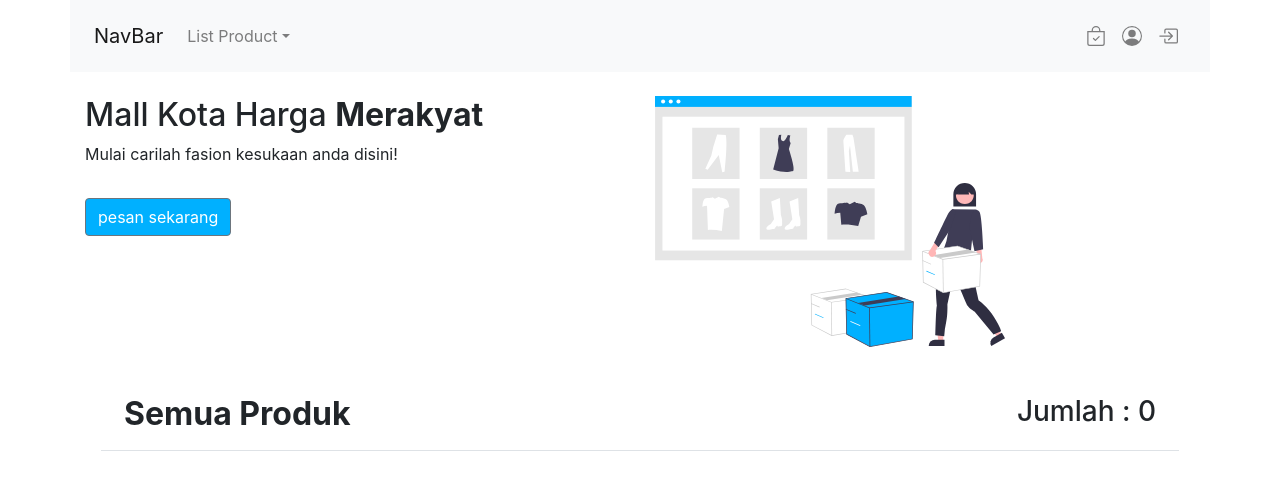
Repository: AHSANS354/ecommerce-catalog
Page: /
These files come from the project's save history. The page is drawn as it stood at one moment and after the next save; the edit follows.
The browser window is 1280 px wide. The pictures show the whole page.
The page's requests for data from a server got no answer. The project was rebuilt for these pictures with package versions that can differ from the ones it lists, and the page was loaded fresh each time. No one was signed in, and anything a server would have sent is missing. Also part of the build but not shown: vue.config.js, src/components/CardProduct.vue, src/components/BreadCrumb.vue, src/views/ProductList.vue, src/components/CardDetail.vue, src/views/ProductDetail.vue.

Above is the page before, as saved 2023-03-02 11:18:49.

### src/main.js
import Vue from "vue";
import App from "./App.vue";
import router from "./router";
import { BootstrapVue, IconsPlugin } from "bootstrap-vue";
// Import Bootstrap and BootstrapVue CSS files (order is important)
import "bootstrap/dist/css/bootstrap.css";
import "bootstrap-vue/dist/bootstrap-vue.css";
import "./assets/style/main.css";

// Make BootstrapVue available throughout your project
Vue.use(BootstrapVue);
// Optionally install the BootstrapVue icon components plugin
Vue.use(IconsPlugin);

Vue.config.productionTip = false;

new Vue({
  router,
  render: (h) => h(App),
}).$mount("#app");

### src/App.vue
<template>
  <div id="app">
    <router-view />
  </div>
</template>

### src/router/index.js
import Vue from "vue";
import VueRouter from "vue-router";
import HomeView from "../views/HomeView.vue";
import ProductList from "../views/ProductList.vue";
import ProductDetail from "../views/ProductDetail.vue";

Vue.use(VueRouter);

const routes = [
  {
    path: "/",
    name: "home",
    component: HomeView,
  },
  {
    path: "/product/category/:list",
    name: "productList",
    component: ProductList,
  },
  {
    path: "/product/:id",
    name: "ProductDetail",
    component: ProductDetail,
  },
];

const router = new VueRouter({
  mode: "history",
  base: process.env.BASE_URL,
  routes,
});

export default router;

### src/assets/style/main.css
.btn-secondary {
  background-color: #00b0ff !important;
}

.card-img-top {
  height: 18rem;
}

.card {
  padding: 2rem;
}

.deskripsi {
  display: -webkit-box;
  -webkit-line-clamp: 3;
  -webkit-box-orient: vertical;
  overflow: hidden;
  text-overflow: ellipsis;
}

.title {
  display: -webkit-box;
  -webkit-line-clamp: 2;
  -webkit-box-orient: vertical;
  overflow: hidden;
  text-overflow: ellipsis;
}

.rate {
  background-image: url("../images/rating-stars.png");
  background-position: 0 -12px;
  background-repeat: repeat-x;
  height: 12px;
  width: 60px;
  transition: all 0.5s ease-out 0s;
  -webkit-transition: all 0.5s ease-out 0s;
}

.rating {
  height: 12px;
  background-repeat: repeat-x;
  background-image: url("../images/rating-stars.png");
  background-position: 0 0;
}

.beli {
  width: 40%;
  border: 2px solid #00b0ff;
}

.beli:hover {
  background-color: #016f10 !important;
}

.next {
  width: 40%;
  background-color: white !important;
  color: #3f3f3f;
  border: 2px solid #00b0ff;
}

.next:hover {
  background-color: #00b0ff !important;
  border: 2px solid white;
}

### src/views/HomeView.vue
<template>
  <div class="home">
    <navbar-view />
    <div class="container mt-5 pt-5">
      <div class="row">
        <div class="col-md-6">
          <h2>Mall Kota Harga <strong>Merakyat</strong></h2>
          <p>Mulai carilah fasion kesukaan anda disini!</p>

          <b-button class="mt-3"> pesan sekarang </b-button>
        </div>
        <div class="col-md-6">
          <img
            src="../assets/images/undraw_web_shopping_re_owap.svg"
            alt="foto"
            width="350"
          />
        </div>
      </div>

      <div class="row border-bottom m-3 p-2">
        <div class="col d-flex justify-content-between mt-4">
          <h2><strong>Semua Produk</strong></h2>
          <h3>
            Jumlah :
            {{ products.length }}
          </h3>
        </div>
      </div>

      <div class="row">
        <div class="col-md-4" v-for="product in products" :key="product.id">
          <card-product :product="product" />
        </div>
      </div>
    </div>
  </div>
</template>

<script>
import NavbarView from "@/components/NavbarView.vue";
import CardProduct from "@/components/CardProduct.vue";
import axios from "axios";
// @ is an alias to /src

export default {
  name: "HomeView",
  components: {
    NavbarView,
    CardProduct,
  },
  data() {
    return {
      products: [],
    };
  },
  methods: {
    setProduct(data) {
      this.products = data;
    },
  },
  mounted() {
    axios
      .get("https://fakestoreapi.com/products")
      .then((response) => this.setProduct(response.data))
      .catch((error) => console.log(error));
  },
};
</script>

### src/components/NavbarView.vue
<template>
  <div class="container p-2 fixed-top bg-light">
    <b-navbar toggleable="lg" type="light">
      <router-link class="navbar-brand" to="/">NavBar</router-link>

      <b-navbar-toggle target="nav-collapse"></b-navbar-toggle>

      <b-collapse id="nav-collapse" is-nav>
        <b-navbar-nav>
          <b-nav-item-dropdown text="List Product" right>
            <b-dropdown-item
              v-for="list in lists"
              :key="list"
              :href="'/product/category/' + list"
              >{{ list }}</b-dropdown-item
            >
          </b-nav-item-dropdown>
        </b-navbar-nav>

        <!-- Right aligned nav items -->
        <b-navbar-nav class="ml-auto">
          <router-link to="/"
            ><b-nav-item><b-icon-bag-check></b-icon-bag-check></b-nav-item
          ></router-link>
          <router-link to="/"
            ><b-nav-item
              ><b-icon-person-circle></b-icon-person-circle></b-nav-item
          ></router-link>
          <router-link to="/"
            ><b-nav-item
              ><b-icon-box-arrow-in-right></b-icon-box-arrow-in-right></b-nav-item
          ></router-link>
        </b-navbar-nav>
      </b-collapse>
    </b-navbar>
  </div>
</template>

<script>
import axios from "axios";
export default {
  name: "NavbarView",
  data() {
    return {
      lists: {},
    };
  },
  methods: {
    setLists(data) {
      this.lists = data;
    },
  },
  mounted() {
    axios
      .get("https://fakestoreapi.com/products/categories")
      .then((response) => this.setLists(response.data))
      .catch((err) => console.log(err));
  },
};
</script>

<style>
</style>

Loaded but not shown: public/index.html (common file)

After the next save:
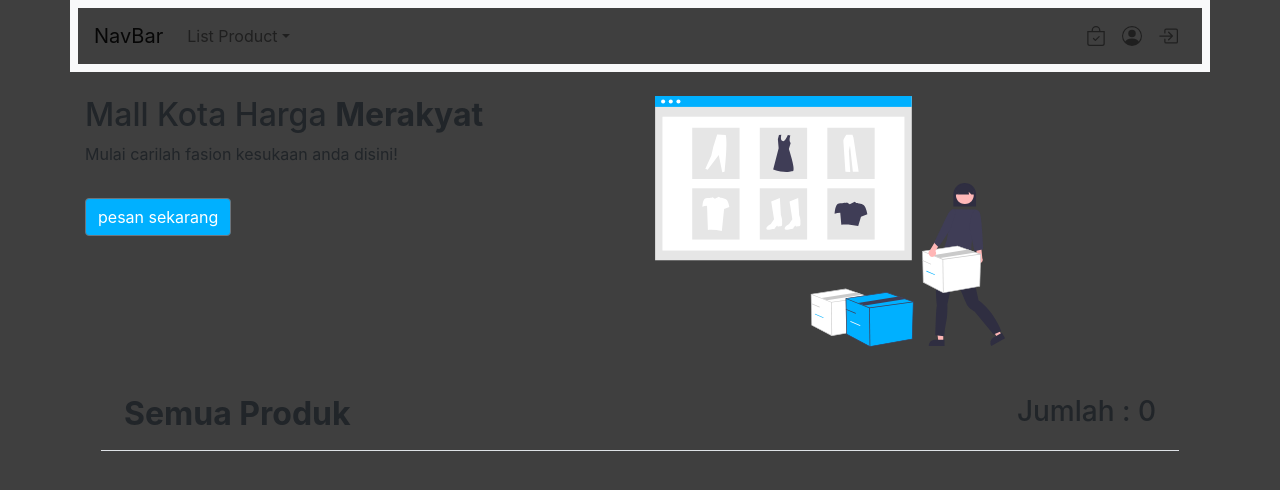
Saved 30 s later.
--- a/src/assets/style/main.css
+++ b/src/assets/style/main.css
@@ -1,3 +1,7 @@
+* {
+  background-color: #3f3f3f;
+}
+
 .btn-secondary {
   background-color: #00b0ff !important;
 }

After the save that followed:
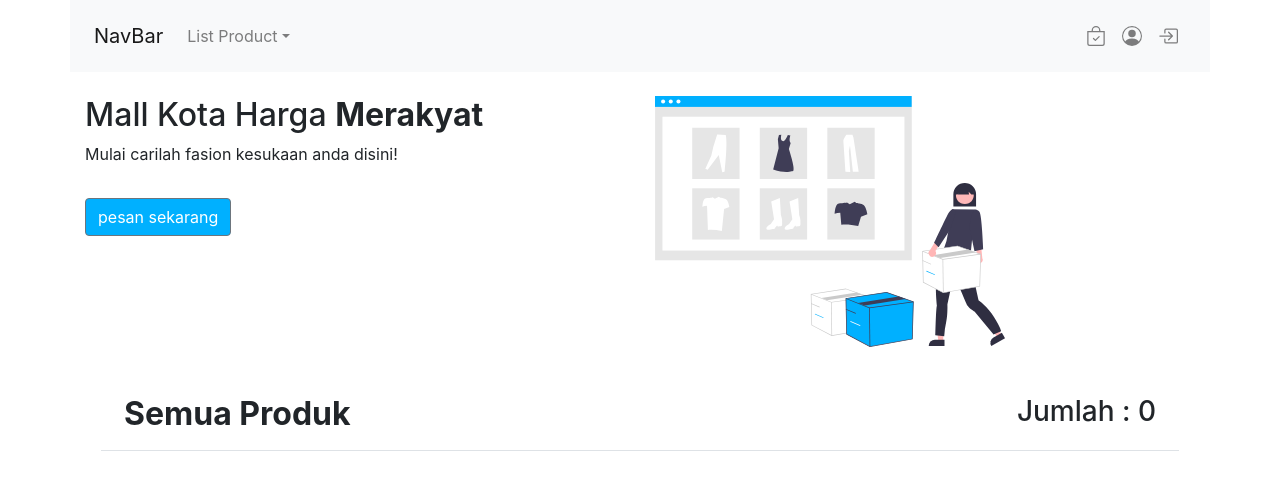
Saved 15 s later.
--- a/src/assets/style/main.css
+++ b/src/assets/style/main.css
@@ -1,7 +1,3 @@
-* {
-  background-color: #3f3f3f;
-}
-
 .btn-secondary {
   background-color: #00b0ff !important;
 }
